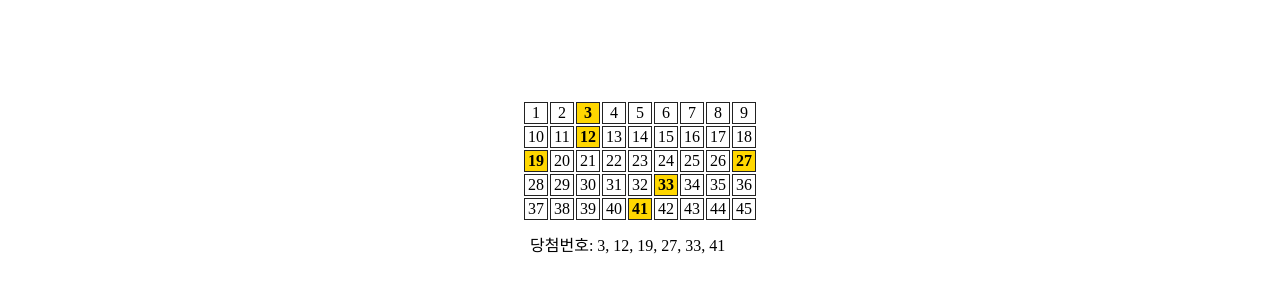
Repository: kkw3202/Jsp2026
Page: http://localhost/chapter01/example_lotto.jsp
An editor plug-in stored every save of this project. The page is shown before and after the next save, followed by the edit.
The browser window is 1280 px wide. The pictures show the whole page.
The page is served by Tomcat 9.

Above is the page before, as saved 2026-10-16 06:47:47.

### chapter01/src/main/webapp/example_lotto.jsp
<%@ page language="java" contentType="text/html; charset=UTF-8"
    pageEncoding="UTF-8" import="java.util.*"%>
<!DOCTYPE html>
<html>
<head>
<meta charset="UTF-8">
<title>Insert title here</title>
</head>
<body>
	<%!
	int[] winNums = {3, 12, 19, 27, 33, 41};
	public boolean isWinning(int num){

		boolean result = false;

		for(int a : winNums){
			if(a == num) result = true;
		}

		return result;
	}
	%>
	<table style="margin: 100px auto 10px auto; text-align: center;" >
		<tbody>
		<%
		int numPrt = 0;
		for(int i = 0; i<5; i++){
			out.print("<tr>");
			for(int j = 0; j<9; j++){
				numPrt++;
		%>
				<td style="border:1px solid #222 ;width: 20px; background-color:
				<%= isWinning(numPrt) ? "gold; font-weight: bold" : "inherit"%>">
				<%= numPrt %></td>
		<%
			}
			out.print("</tr>");
		}
		%>
		</tbody>
	</table>
	<p style="display:block; margin: 0px auto; width: 220px;">당첨번호:
	<%
	for(int i =0; i<winNums.length; i++) {
		if(i!=winNums.length-1) out.print(winNums[i] + ", ");
		else out.print(winNums[i]);
	}
	%></p>

</body>
</html>

After the next save:
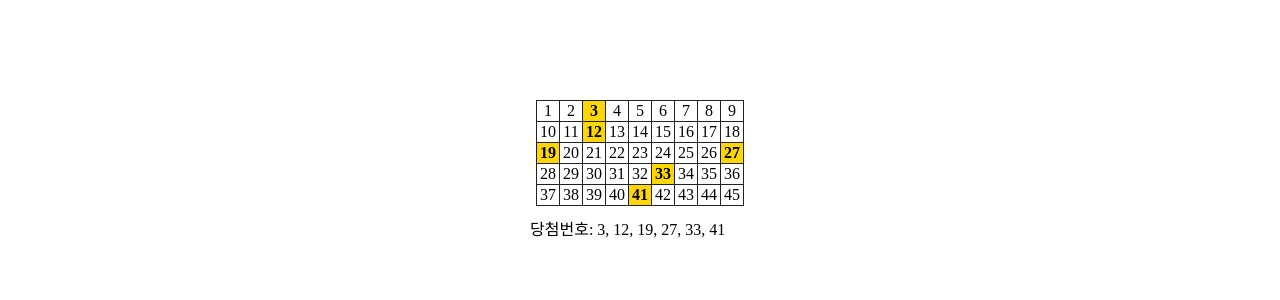
Saved 39 s later.
--- a/chapter01/src/main/webapp/example_lotto.jsp
+++ b/chapter01/src/main/webapp/example_lotto.jsp
@@ -20,7 +20,7 @@
 		return result;
 	}
 	%>
-	<table style="margin: 100px auto 10px auto; text-align: center;" >
+	<table style="margin: 100px auto 10px auto; text-align: center; border-collapse: collapse;" >
 		<tbody>
 		<%
 		int numPrt = 0;
